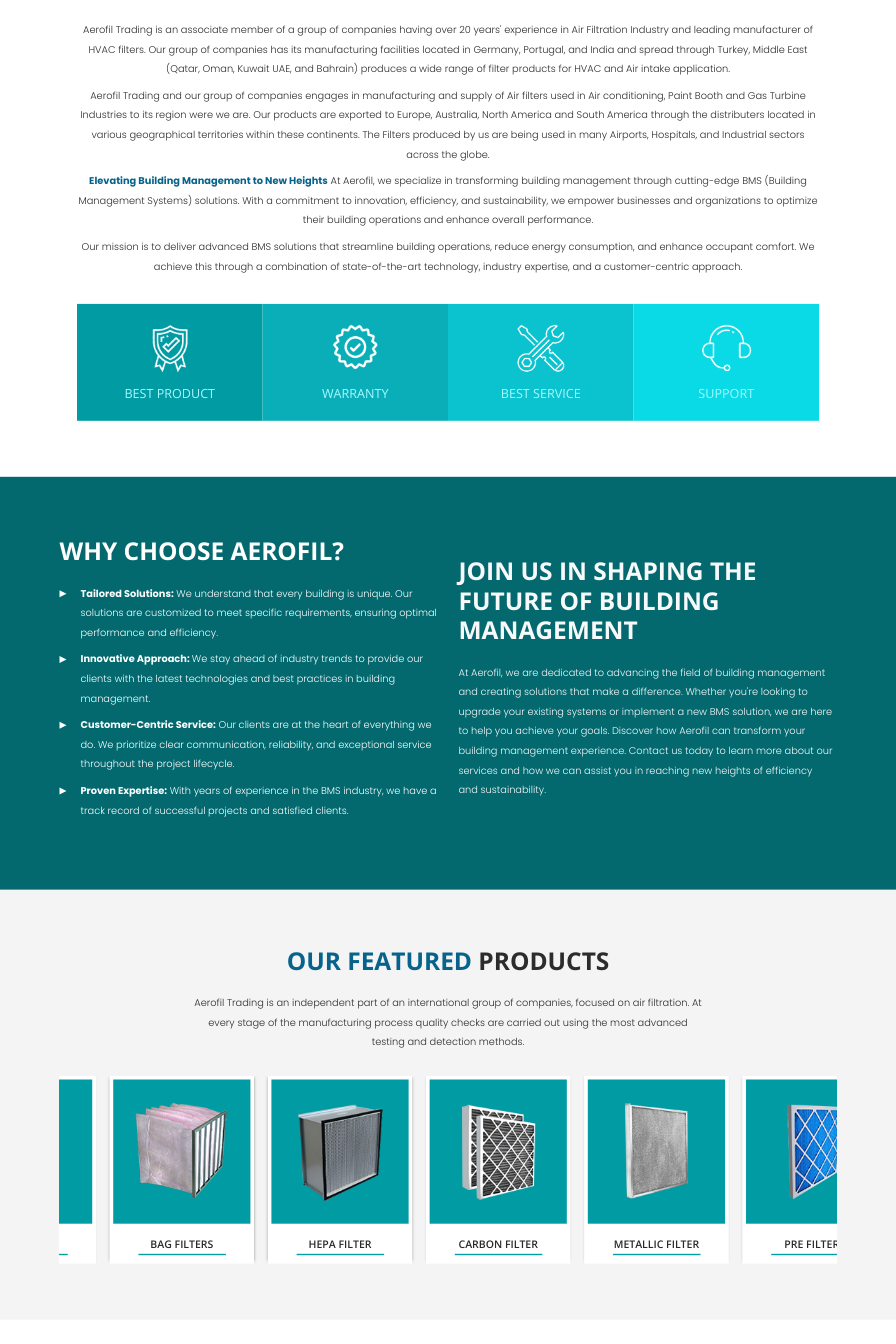
Repository: aslamvrtly/aerofil
Page: index.html
An editor plug-in stored every save of this project. The page is shown before and after a run of saves, followed by the edit.
The browser window is 1280 px wide. The pictures show the part of the page from y = 833 to 2753 px (the page is 5185 px tall before and 5213 px after), at 70% of full size.

Above is the page before, as saved 2024-09-05 14:40:08.

After the next 2 saves:
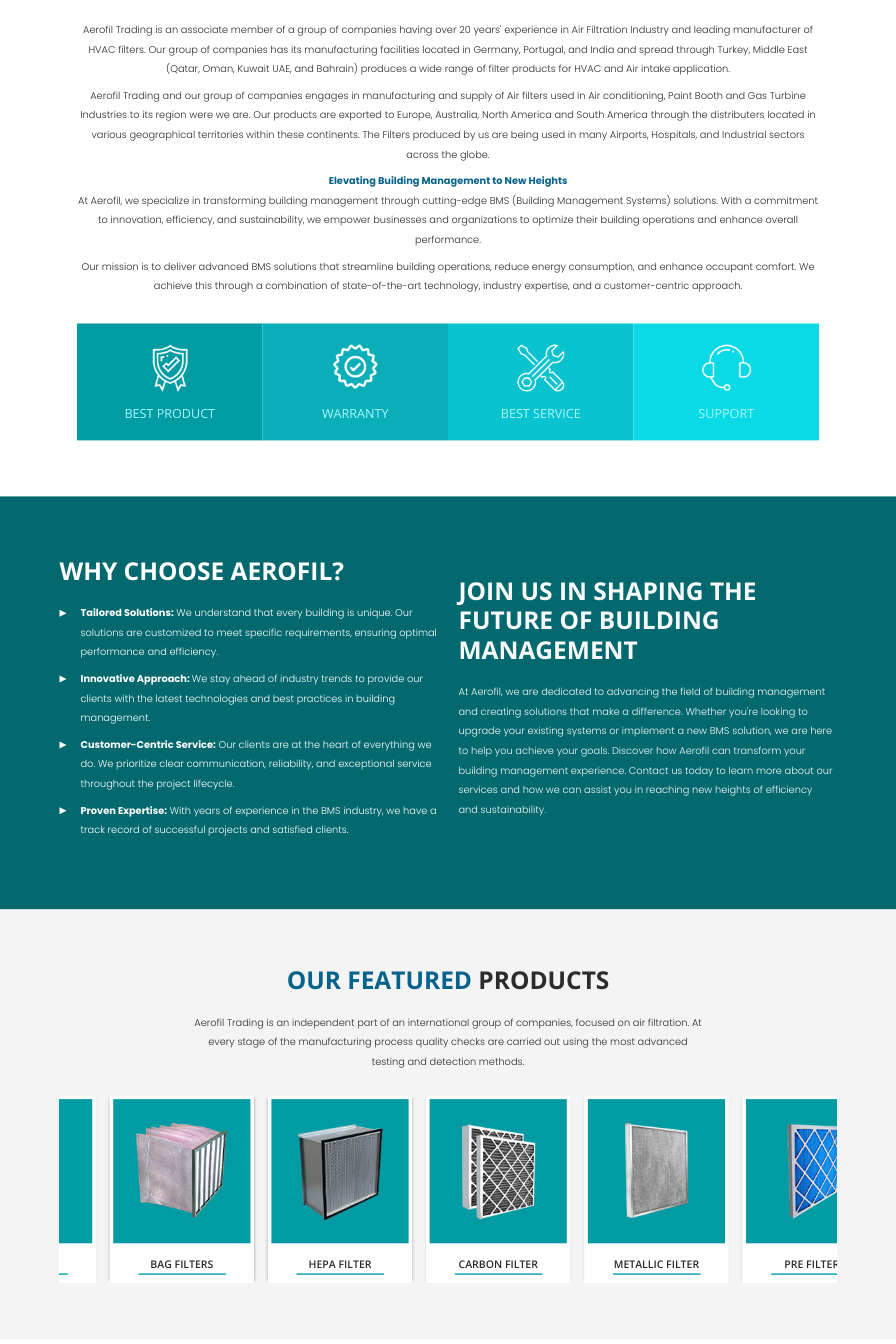
The 2 saves are shown as one change because they came seconds apart.
The last was saved 14 s later.
--- a/index.html
+++ b/index.html
@@ -182,7 +182,7 @@
 						territories within these continents. The Filters produced by us are being used in many Airports,
 						Hospitals, and Industrial sectors across the globe.</p>
 					<p class="text-center">
-						<span class="font-weight-bold">Elevating Building Management to New Heights</span>
+						<span class="font-weight-bold">Elevating Building Management to New Heights</span><br>
 						At Aerofil, we specialize in transforming building management through cutting-edge BMS (Building
 						Management Systems) solutions. With a commitment to innovation, efficiency, and sustainability,
 						we empower businesses and organizations to optimize their building operations and enhance
